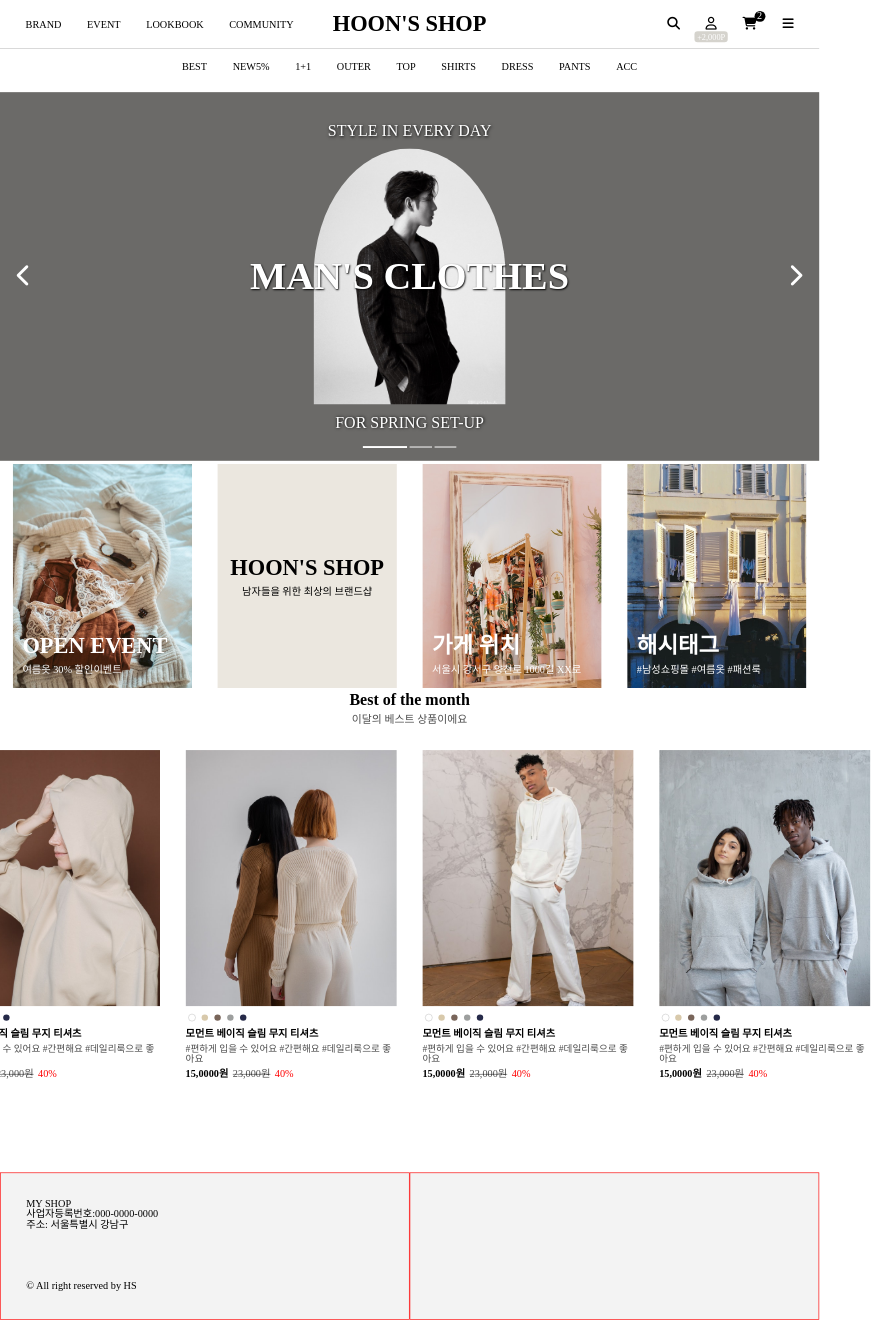
Repository: Iimchaehoon/cafeProject
Page: src/index.html
An editor plug-in stored every save of this project. The page is shown before and after the next save, followed by the edit.
The browser window is 1280 px wide. The page is 1380 px wide, so the pictures cover 1380 px, including what lies to the right of the window. The pictures show the whole page, at 64% of full size.
Some web fonts or font styles are not loaded; a fallback is used. Some web libraries are served in a nearby version.

Above is the page before, as saved 2024-07-24 23:26:39.

After the next save:
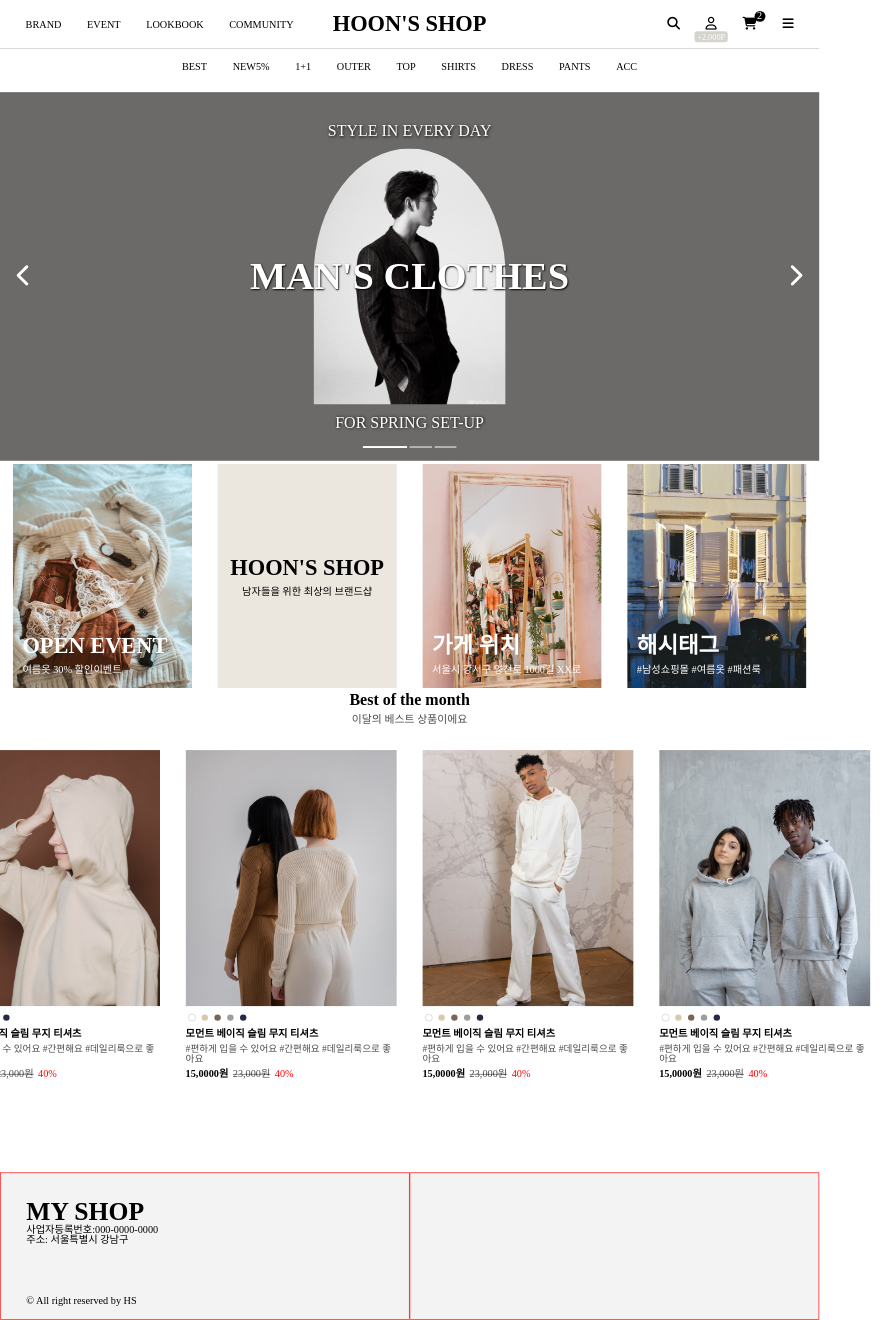
Saved 48 s later.
--- a/src/css/components/footer.css
+++ b/src/css/components/footer.css
@@ -6,6 +6,7 @@
   background-color: #f1f1f1d6;
   display: flex;
 }
+
 .footer_sub-box {
   width: 50%;
   height: 100%;
@@ -19,3 +20,8 @@
   position: relative;
   bottom: -80px;
 }
+
+.footer_title {
+  font-size: 40px;
+  font-weight: 600;
+}
